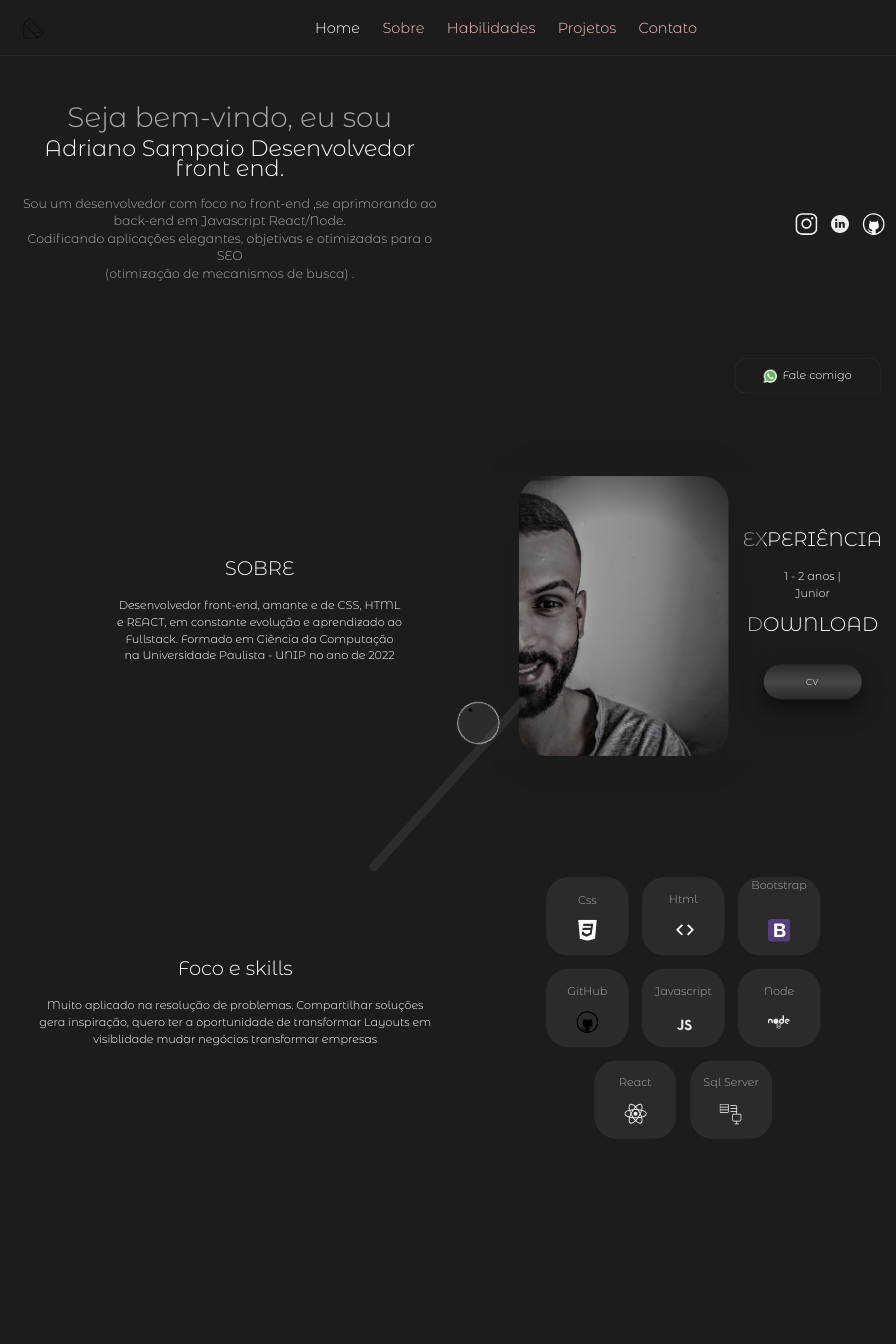
Repository: adrianodisam/NovoPortifolio
Page: /
These files come from the project's save history. The page is drawn as it stood at one moment and after the next save; the edit follows.
The browser window is 1280 px wide. The pictures show the part of the page from y = 0 to 1920 px (the page is 3024 px tall), at 70% of full size.
The project was rebuilt for these pictures with package versions that can differ from the ones it lists, and the page was loaded fresh each time. Imported but missing from the stored project, and not drawn on this page: src/componentes/Download/Adriano.pdf.

Above is the page before, as saved 2024-11-02 16:46:38.

After the next save:
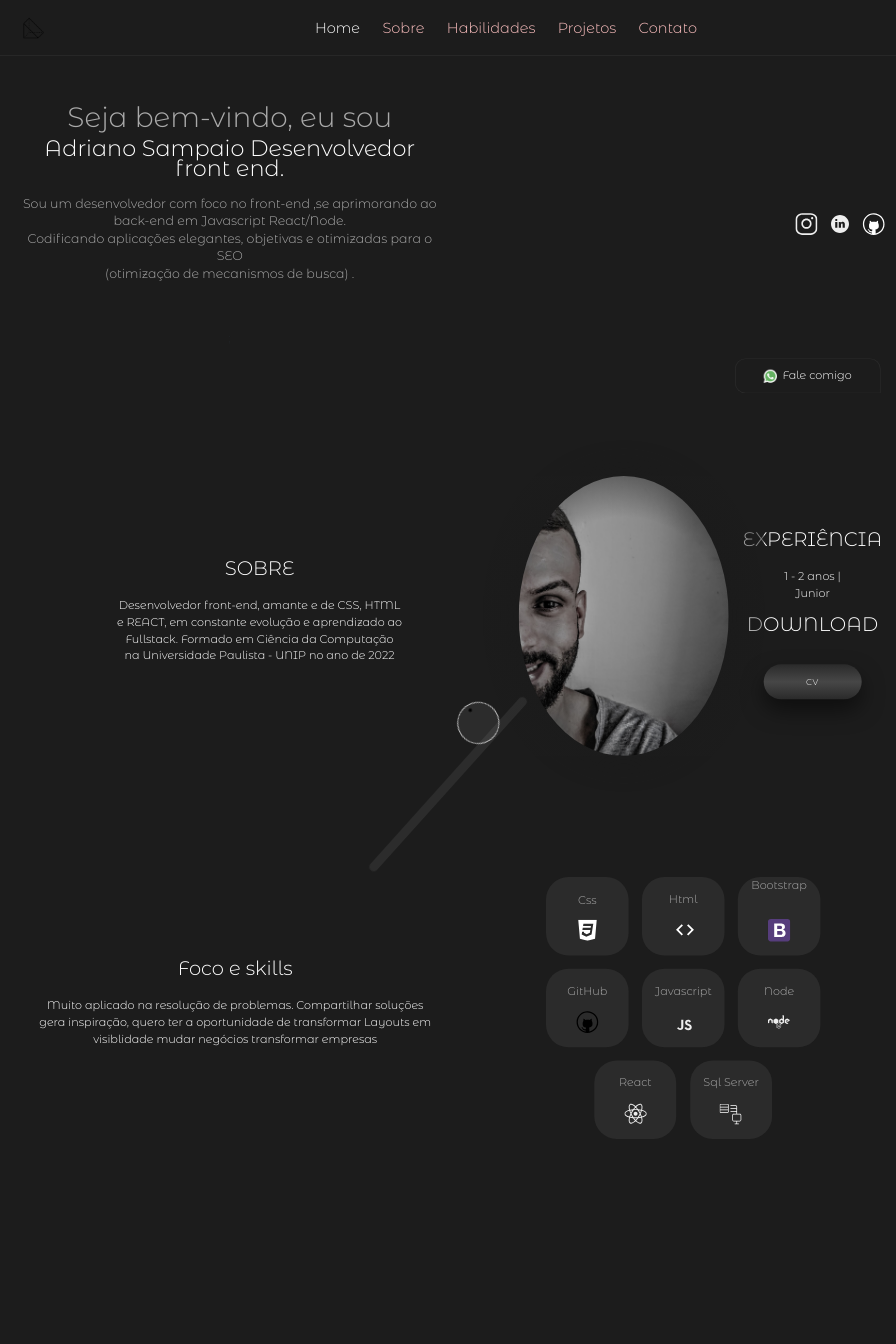
Saved 11 s later.
--- a/src/componentes/FotoSobre/FotoSobre.module.css
+++ b/src/componentes/FotoSobre/FotoSobre.module.css
@@ -15,7 +15,7 @@
   width: 300px; /* Ajuste o tamanho conforme necessário */
   height: 400px; /* Ajuste o tamanho conforme necessário */
   object-fit: cover;
-  border-radius: 40px; /* Raio para bordas arredondadas */
+  border-radius: 80%; /* Raio para bordas arredondadas */
   box-shadow: 0 0 30px 15px rgba(28, 28, 28, 0.8); /* Sombra esfumaçada */
 }
 /* Adiciona o efeito esfumaçado ao redor da imagem */
